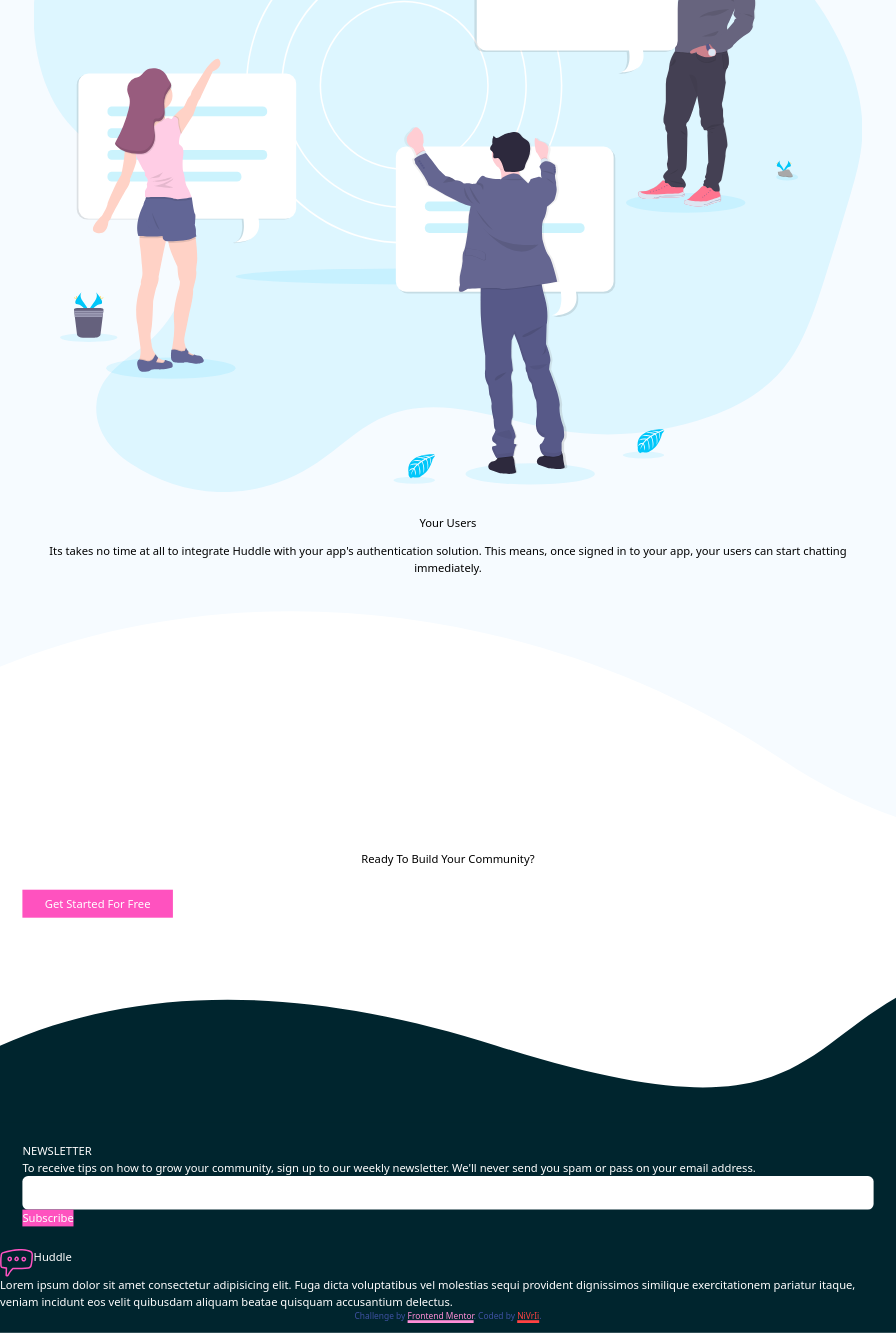
Repository: nivrii/huddle-landing-page-with-curved-sections-master
Page: /
These files come from the project's save history. The page is drawn as it stood at one moment and after the next save; the edit follows.
The browser window is 1280 px wide. The pictures show the part of the page from y = 4580 to 6500 px (the page is 6484 px tall before and 6516 px after), at 70% of full size.
The project was rebuilt for these pictures with package versions that can differ from the ones it lists, and the page was loaded fresh each time. Also part of the build but not shown: vite.config.js.

Above is the page before, as saved 2024-04-15 16:24:51.

### src/App.jsx
import "./App.css";
import message from "./assets/images/icon-messages.svg";
import communities from "./assets/images/icon-communities.svg";

import screenMockup from "./assets/images/screen-mockups.svg";
import grow from "./assets/images/illustration-grow-together.svg";
import users from "./assets/images/illustration-your-users.svg";
import conversation from "./assets/images/illustration-flowing-conversation.svg";

import sectionTop1M from "./assets/images/bg-section-top-mobile-1.svg";
import sectionTop2M from "./assets/images/bg-section-top-mobile-2.svg";
import sectionBottom1M from "./assets/images/bg-section-bottom-mobile-1.svg";
import sectionBottom2M from "./assets/images/bg-section-bottom-mobile-2.svg";
import footerTopM from "./assets/images/bg-footer-top-mobile.svg";

function App() {
  return (
    <div className=" box-border m-0 bg-white w-screen min-h-screen">
      <section className="p-2h">
        <div className="flex flex-row w-full">
          <div className="flex flex-row align-middle  w-3/5">
            <img src={message} className="my-auto w-8 h-8" />
            <h1 className="text-3xl font-Poppins text-Very-dark-cyan font-bold my-auto">
              Huddle
            </h1>
          </div>
          <div className="flex align-middle justify-end w-2/5">
            <input
              className="border-2 border-Light-pink text-Light-pink font-Poppins rounded-3xl px-6 py-2"
              type="button"
              value="Try It Free"
            />
          </div>
        </div>
      </section>

      <section>
        <div className="w-full ">
          <h1>Build The Community Your Fans Will Love</h1>
          <p className="text-wrap">
            Huddle re-imagines the way we build communities. You have a voice,
            so does your audience. Create connections with your users as you
            engage in genuine discussion
          </p>
          <input
            type="submit"
            name="start"
            className="outline-none text-white bg-Pink"
          />
        </div>
      </section>

      <section className="mt-4 m">
        <div className="mx-auto">
          <img src={screenMockup} className="object-contain" />
        </div>
      </section>

      <section className="flex flex-col justify-center">
        <div className="mx-auto w-1/2 ">
          <img src={communities} alt="communities" />
          <h1 className="w-full font-bold text-6xl">1.4k+</h1>
          <p>Communities Formed</p>
        </div>
        <div className="mx-auto w-1/2">
          <img src={message} alt="message" />
          <h1 className="w-full font-bold text-6xl">2.7m+</h1>
          <p>Messages Sent</p>
        </div>
      </section>

      <img src={sectionTop1M} alt="top-top" className="w-full" />

      <section className="flex flex-col space-y-8 bg-sectionBG px-8 py-12">
        <img src={grow} alt="" className="mb-12" />
        <div className="flex flex-col space-y-4 text-center">
          <h1>Grow Together</h1>
          <p>
            Generate meaningful discussions with your audience and build a
            strong, loyal community. Think of the insightful conversations you
            miss out on with a feedback form.
          </p>
        </div>
      </section>

      <img src={sectionBottom1M} alt="top-bottom" className="w-full" />

      <section className="flex flex-col space-y-8 my-20 px-8">
        <img src={conversation} alt="conversations" className="px-4" />
        <div className="flex flex-col space-y-4 text-center">
          <h1>Flowing Conversations</h1>
          <p>
            You wouldn&apos;t paginate a conversation in real life, so why do it
            online? Our threads have just-in-time loading for a more natural
            flow.
          </p>
        </div>
      </section>

      <img src={sectionTop2M} alt="bottom-top" className="w-full" />

      <section className="bg-sectionBG">
        <div className="flex flex-col space-y-8  px-8">
          <img src={users} alt="conversations" className="px-4" />
          <div className="flex flex-col space-y-4 text-center">
            <h1>Your Users</h1>
            <p>
              Its takes no time at all to integrate Huddle with your app&apos;s
              authentication solution. This means, once signed in to your app,
              your users can start chatting immediately.
            </p>
          </div>
        </div>
      </section>

      <img src={sectionBottom2M} alt="bottom-bottom" className="w-full" />

      <section className="flex flex-col space-y-8 mt-12 px-8 mb-28">
        <h1 className="text-center">Ready To Build Your Community?</h1>
        <input
          type="button"
          value="Get Started For Free"
          className="outline-none bg-Pink text-white w-fit py-2 px-8"
        />
      </section>

      <img src={footerTopM} alt="" className="w-full" />

      <footer className="bg-bgFooter -mt-1 pb-4">
        <div className="p-8 text-white">
          <h1>NEWSLETTER</h1>
          <p>
            To receive tips on how to grow your community, sign up to our weekly
            newsletter. We&apos;ll never send you spam or pass on your email
            address.
          </p>
          <input type="text" className="w-full rounded-lg h-12" />
          <input
            type="button"
            value="Subscribe"
            className="outline-none text-white bg-Pink"
          />
        </div>
        <div>
          <div className="flex text-white">
            <img
              src={message}
              alt="message"
              className="fill-white stroke-white"
            />
            <h1>Huddle</h1>
          </div>
          <p className="text-white">
              Lorem ipsum dolor sit amet consectetur adipisicing elit. Fuga
              dicta voluptatibus vel molestias sequi provident dignissimos
              similique exercitationem pariatur itaque, veniam incidunt eos
              velit quibusdam aliquam beatae quisquam accusantium delectus.
            </p>
        </div>
        <p className="text-xs text-center text-attribution">
          Challenge by{" "}
          <a
            href="https://www.frontendmentor.io?ref=challenge"
            target="_blank"
            className="text-Light-pink underline decoration-solid decoration-4"
          >
            Frontend Mentor
          </a>
          . Coded by{" "}
          <a
            href="https://github.com/nivrii/huddle-landing-page-with-curved-sections-master"
            className="underline decoration-solid decoration-4 text-Light-red"
          >
            NiVrIi
          </a>
          .
        </p>
      </footer>
    </div>
  );
}

export default App;

### src/App.css
@import "tailwindcss/base";
@import "tailwindcss/components";
@import "tailwindcss/utilities";
@import url('https://fonts.google.com/specimen/Poppins');
@import url('https://fonts.google.com/specimen/Open+Sans');

### tailwind.config.js
/** @type {import('tailwindcss').Config} */

/*! tailwindcss v2.2.7 | MIT License | https://tailwindcss.com */
export default {
  content: [
    "./index.html",
    "./src/**/*.{js,ts,jsx,tsx}",
  ],
  theme: {
    extend: {
      screens: {
        'xs': '375px',
        'sm': '640px',
        'md': '768px',
        'lg': '1024px',
        'xl': '1440px',

      },
      colors: {
        'Pink': 'hsl(322, 100%, 66%)',
        'Light-pink': 'hsl(321, 100%, 78%)',
        'Light-red': 'hsl(0, 100%, 63%)',
        'Very-dark-cyan': 'hsl(192, 100%, 9%)',
        'Very-dark-blue': 'hsl(207, 100%, 98%)',
        'sectionBG': '#F6FBFF',
        'bgFooter': '#00252E',
        'attribution': 'hsl(228, 45%, 44%)',
      },
      fontFamily: {
        'Poppins': ['Poppins', 'sans-serif'],
        'Open-sans': ['Open Sans', 'serif'],
      },
    },
  },
  plugins: [],
}

Loaded but not shown: index.html (common file); src/main.jsx (common file)

After the next save:
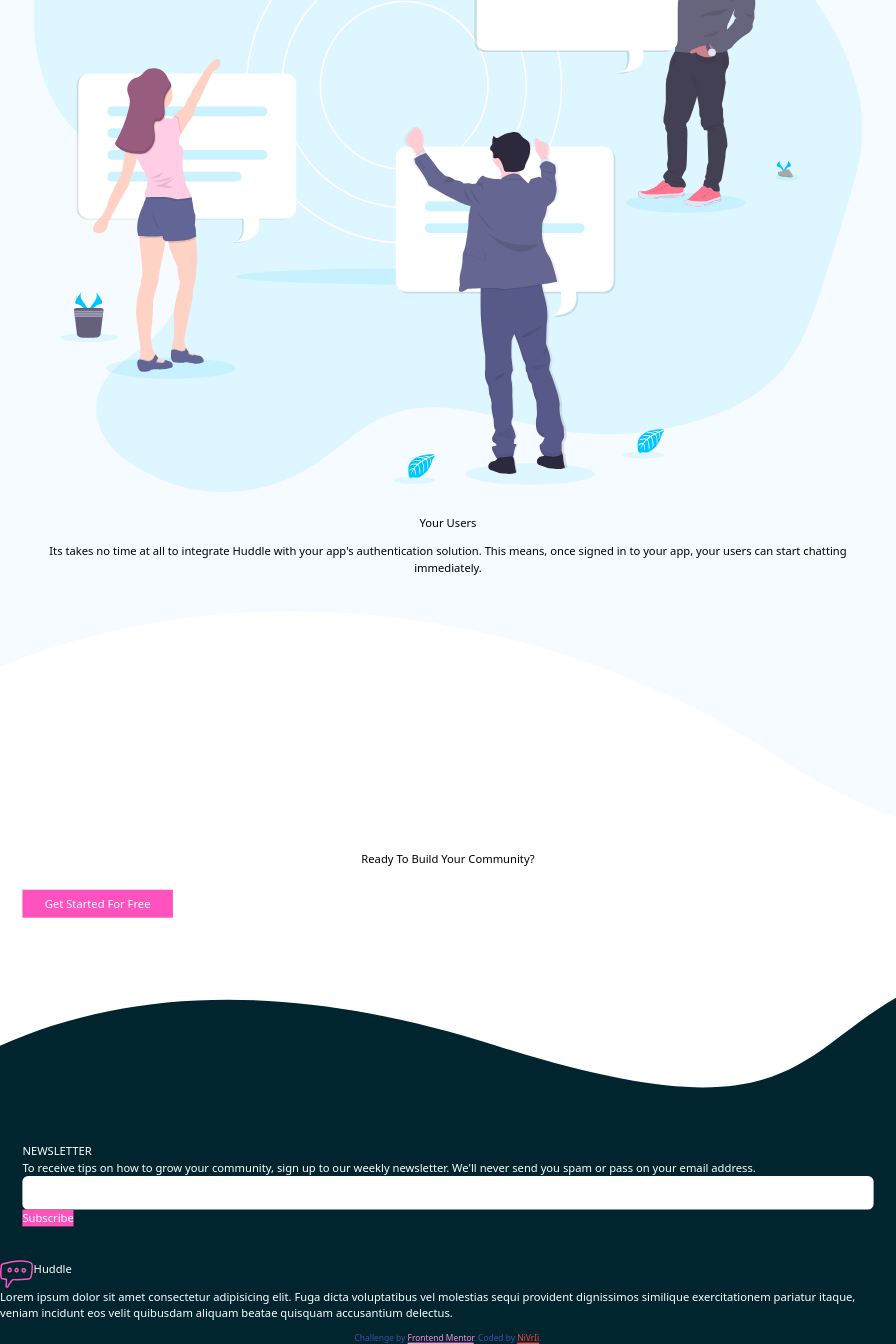
Saved 27 s later.
--- a/src/App.jsx
+++ b/src/App.jsx
@@ -141,7 +141,7 @@
             className="outline-none text-white bg-Pink"
           />
         </div>
-        <div>
+        <div className="py-4">
           <div className="flex text-white">
             <img
               src={message}
